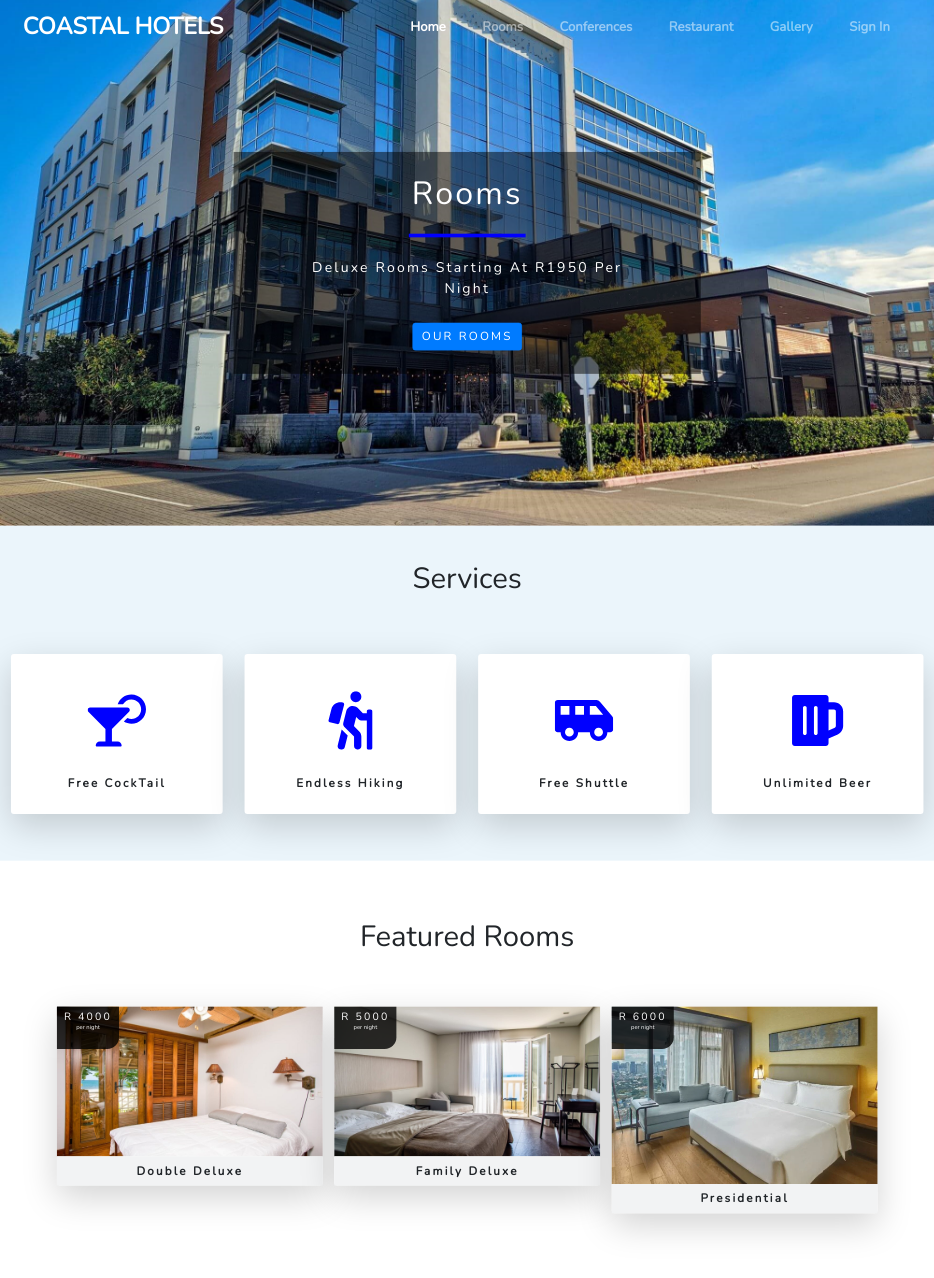
Repository: tebo27cMd/hotel
Page: /
These files come from the project's save history. The page is drawn as it stood at one moment and after the next save; the edit follows.
The browser window is 1280 px wide. The pictures show the whole page, at 73% of full size.
The project was rebuilt for these pictures with package versions that can differ from the ones it lists, and the page was loaded fresh each time. Also part of the build but not shown: src/components/RoomsFilter.jsx, src/components/RoomsList.jsx, src/components/RoomsContainer.jsx, src/pages/Rooms.jsx, src/components/StyledHero.jsx, src/firebase.js, src/pages/SingleRoom.jsx, src/pages/Error.jsx and 4 more.

Above is the page before, as saved 2022-11-16 12:13:12.

After the next save:
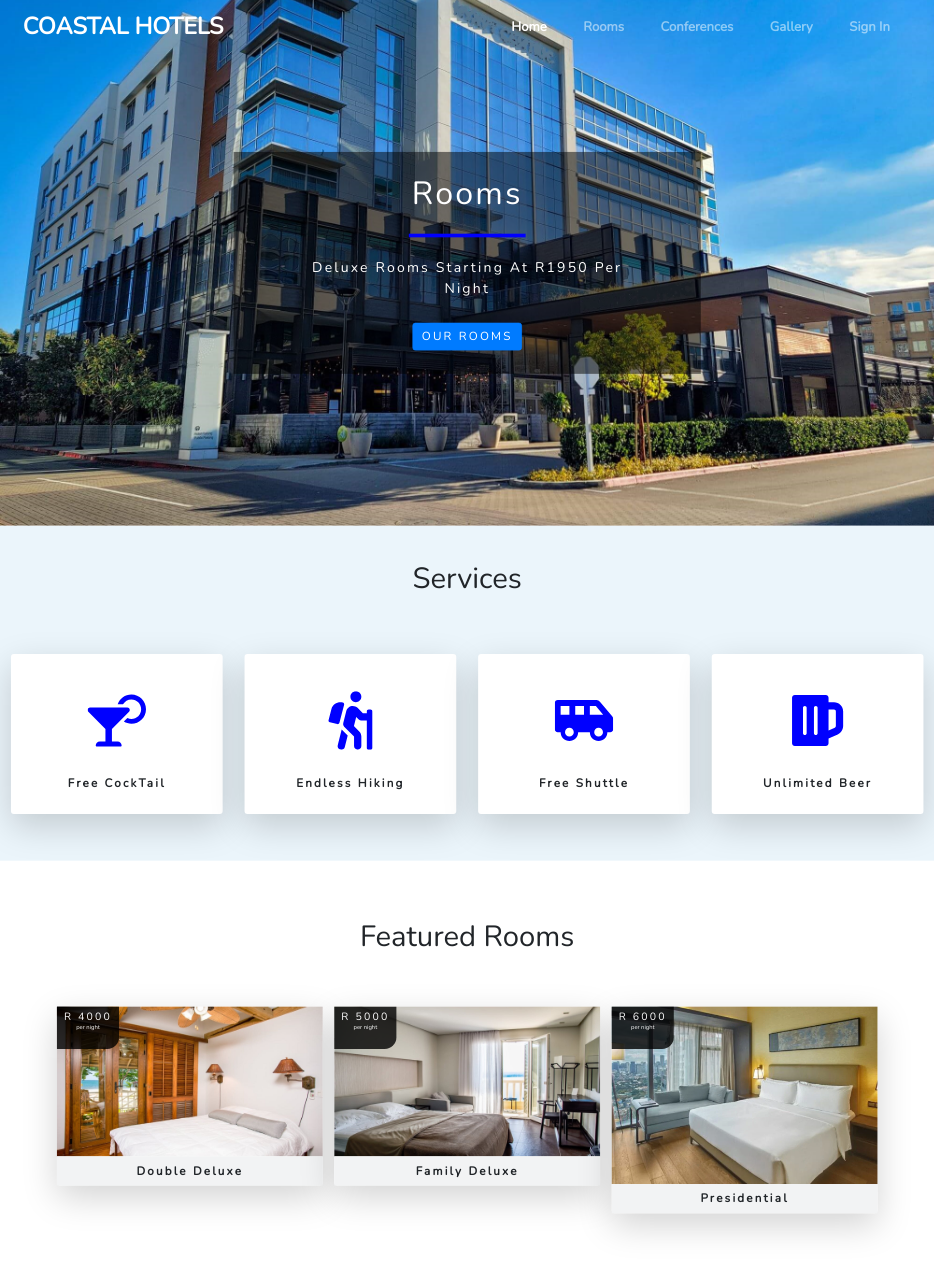
Saved 4 s later.
--- a/src/components/Navbar.jsx
+++ b/src/components/Navbar.jsx
@@ -29,9 +29,7 @@ const Navbar = () => {
                         <li className="nav-item">
                             <NavLink className="nav-link"   to="/contact">Conferences</NavLink>
                         </li>
-                        <li className="nav-item">
-                            <NavLink className="nav-link"   to="/contact">Restaurant</NavLink>
-                        </li>
+
                         <li className="nav-item">
                             <NavLink className="nav-link"   to="/contact">Gallery</NavLink>
                         </li>
